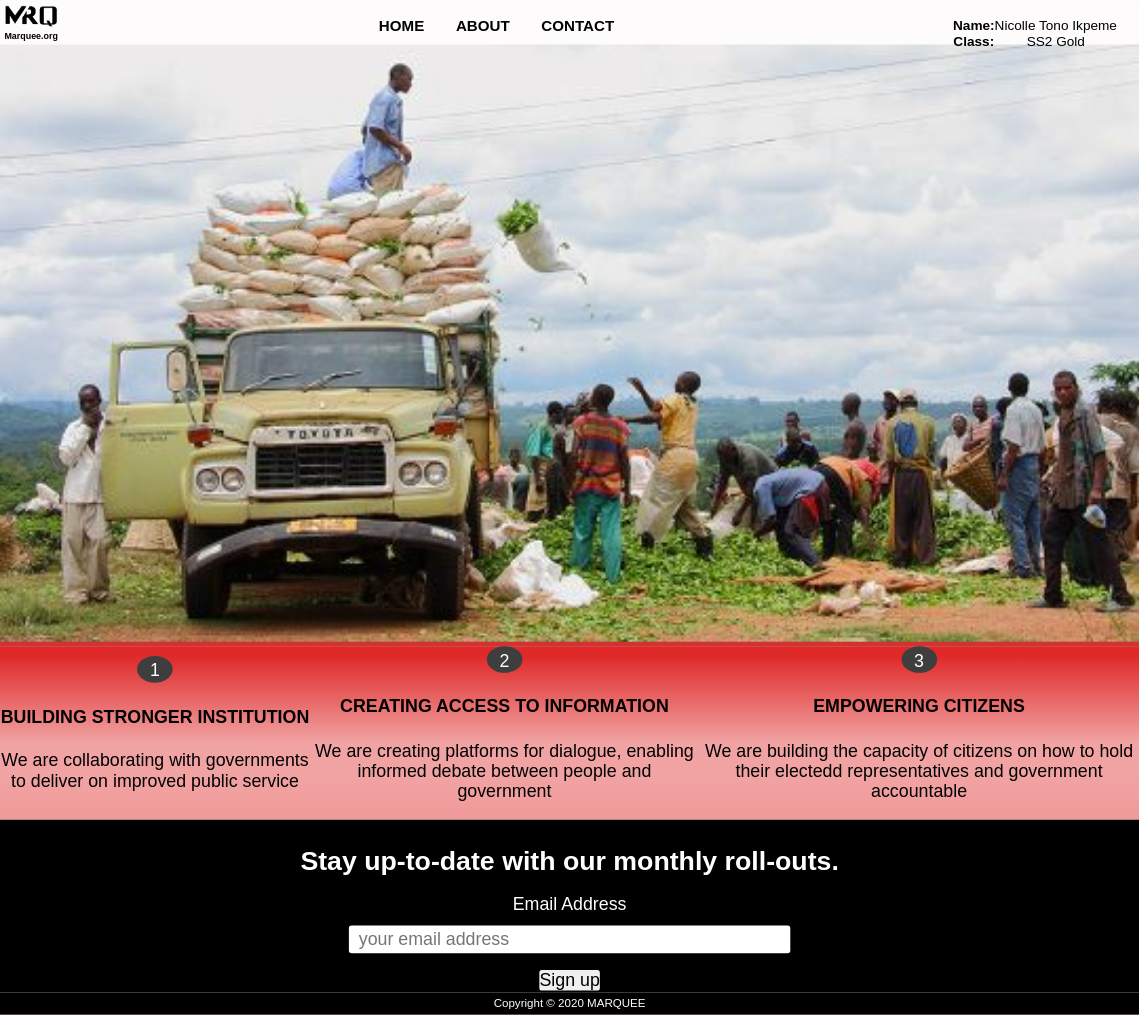
Repository: pboi18/Marquee.org
Page: home.html
These files come from the project's save history. The page is drawn as it stood at one moment and after the next save; the edit follows.
The browser window is 1280 px wide. The pictures show the whole page, at 89% of full size.

Above is the page before, as saved 2020-07-11 23:23:03.

### home.html
<!DOCTYPE html>
<html>
    <head>
        <meta charset="utf-8">
        <link rel="icon" type="image/png" sizes="16x16" href="img/logo.png">
        <title>Marquee</title>

        <link rel="stylesheet" href="style.css" >
        <link rel="stylesheet" href="normalize.css">
        <link rel="stylesheet" href="Grid.css">


    </head>

    <body>
        <div class="main">
            <header>
                <nav>
                    <div class="navbar">
                        <div class="logo">
                            <img src="img/logo2.jpg" alt="MARQUEE" style="width: 60px; height: 25px;">
                            <p style="font-weight:bold; font-size: x-small; margin: 0px;">Marquee.org</p>
                        </div>



                        <ul class="main-nav">
                            <li>
                                <a href="home.html">
                                    Home
                                </a>
                            </li>

                            <li>
                                <a href="about.html">
                                    ABOUT
                                </a>
                            </li>

                            <li>
                                <a href="contact.html">
                                    CONTACT
                                </a>
                            </li>

                            <li style="float: right;">
                                <table class="id">
                                    <tr>
                                        <th>Name:</th>
                                        <td> Nicolle Tono Ikpeme</td>
                                    </tr>

                                    <tr>
                                        <th>Class:</th>
                                        <td> SS2 Gold</td>
                                    </tr>

                                </table>
                            </li>

                        </ul>

                        </div>
                </nav>

                <div style="background-color: rgb(206, 52, 52)">
                    <img src="img/home.jpg" alt="Farmers" style="width: 100%; margin: 0px; height: 100%;">
                </div>

                <table class="wup">
                    <tr>
                        <td style="width: auto;" class="span-1-of-3">
                            <div class="cover">
                                <p class="numb">1</p>
                                <h4 style="text-align: center;  ;">BUILDING STRONGER INSTITUTION</h4>
                                <p style="text-align: center; font-size: 20px; ">We are collaborating with governments to deliver on improved public service</p>
                            </div>
                        </td>

                        <td style="width: auto;" class="span-1-of-3">
                            <div class="cover">
                                <p class="numb">2</p>
                                <h4 style="text-align: center;">CREATING ACCESS TO INFORMATION</h4>
                                <p style="text-align: center; font-size: 20px;">We are creating platforms for dialogue, enabling informed debate between people and government</p>
                            </div>
                        </td>

                        <td style="width: auto;" class="span-1-of-3">
                            <div class="cover">
                                <p class="numb">3</p>
                                <h4 style="text-align: center;">EMPOWERING CITIZENS</h4>
                                <p style="text-align: center; font-size: 20px;">We are building the capacity of citizens on how to hold their electedd representatives and government accountable</p>
                            </div>
                        </td>
                    </tr>
                </table>
            </header>

            <section>
                <div class="sec">
                    <h2 style="color: white; padding-top: 30px; padding-bottom: 10px; margin: 0;">Stay up-to-date with our monthly roll-outs.</h2>

                    <form style="text-align: center;">
                    <label style="color: white;">Email Address</label>
                    <input type="email" name="email" placeholder="  your email address" style=" width: 500px; margin: auto; margin-bottom: 15px;" required>
                    <button type="submit" value="SIGN UP" name="sign up">Sign up</button>
                    </form>
                </div>
            </section>
        </div>

        <footer>
            <P style="color: white; text-align: center; margin: auto; font-size: small; padding: 5px;">
                Copyright &copy; 2020 MARQUEE
            </P>
        </footer>
    </body>
</html>

### style.css
* {
    margin: o;
    padding: 0;
    box-sizing: border-box;
}

html {
    background-color: #fff;
    max-width: 100%;
    font-size: 20px;
    font-weight: 300;
    font-family: Arial, Helvetica, sans-serif;
    text-rendering: optimizeLegibility;
}



h1 {
    margin: 0;
}

label {
    display: block;
    padding: 10px;
}

input {
    display: block;
    width: 100%;
    height: 35px;
    border-radius: 5px;
    border: 2px #000 solid;
}

button {
    border-radius: 5px;
    border: 2px #000 solid;
}

textarea {
    display: block;
    height: 100px;
    width: 100%;
    border: 2px #000 solid;
    border-radius: 5px;
}
/* header {
    background-image: linear-gradient( rgba(0, 0, 0, 0.4), rgba(0, 0, 0, 0.4)), url(img/home.jpg);
    height: 100vh;
    background-size: cover;
    background-position: center;
} */


.logo {
    height: 40px;
    width: 60px;
    float: left;
    margin: 5px;
}

.main-nav {
    list-style: none;
    margin: auto;
    margin-top: 10px;
    text-align: center;


}

.main-nav li {
    display: inline-block;
    margin: 10px 15px;
    font-size: 85%;

}

.main-nav li a:link,
.main-nav li a:visited {
    color: #000;
    text-decoration: none;
    text-transform: uppercase;
    font-weight: bold;
    padding: 3px 0px;
    border-bottom: 3px solid transparent;
    transition: border-bottom 0.2s;
}

.main-nav li a:hover,
.main-nav li a:active {
    border-bottom: 3px solid rgb(158, 0, 0);
}
.id {
    display: inline;
    padding: 10px;
    font-size: 90%;
}

.navbar {
    height: 50px;
    width: 100%;
    display: inline-block;
    border-radius: 2px;
    box-shadow: 0px 3px -1px 2px rgb(190, 189, 189);
    position: fixed;
    background-color: rgb(253, 251, 251);
}

.navbar2 {
    height: 60px;
    width: 100%;
    display: inline-block;
    border-radius: 2px;
    box-shadow: 1px 1px 3px 2px rgb(20, 20, 20);
    /* position: fixed; */
    background-color: rgb(253, 251, 251);
}

.numb {
    border: solid 5px rgb(63, 62, 62);
    text-align: center;
    width: 40px;
    height: 30px;
    align-self: center;
    border-radius: 50%;
    margin: auto;
    background-color: rgb(63, 62, 62);
    color: white;
}
.wup {
    padding-top: 10px;

    background: linear-gradient(180deg, #DF2828 5.21%, rgba(223, 40, 40, 0.427083) 55.73%, rgba(223, 40, 40, 0.427083) 64.06%, rgba(223, 40, 40, 0.427083) 73.44%, rgba(222, 17, 17, 0.427083) 100%, rgba(170, 77, 77, 0) 100%);
}

.cover {
    border-radius: 5px;
    margin: auto;
}

.sec {
    background-color: black;
    width: 100%;
    text-align: center;
    margin-bottom: 20px #000;
}



main {
    margin: auto;
    margin-bottom: 30px;
}

.con {
    width: 90%;
    margin: auto;
    margin-bottom: 50px;
}
.contact {
    text-align: center;
    margin: auto;
    margin-bottom: 50px;
}
.image {
    width: 550px;
    height: 500px;
    float: left;
}

.form2 {
    float: right;
    text-align: left;
    font-size: 85%;
    font-weight: bold;
}

footer {
    background-color: #000;
}

### Grid.css

/*  SECTIONS  ============================================================================= */

.section {
	clear: both;
	padding: 0px;
	margin: 0px;
}

/*  GROUPING  ============================================================================= */

.row {
    zoom: 1; /* For IE 6/7 (trigger hasLayout) */
}

.row:before,
.row:after {
    content:"";
    display:table;
}
.row:after {
    clear:both;
}

/*  GRID COLUMN SETUP   ==================================================================== */

.col {
	display: block;
	float:left;
	margin: 1% 0 1% 1.6%;
}

.col:first-child { margin-left: 0; } /* all browsers except IE6 and lower */


/*  REMOVE MARGINS AS ALL GO FULL WIDTH AT 480 PIXELS */

@media only screen and (max-width: 480px) {
	.col {
		/*margin: 1% 0 1% 0%;*/
        margin: 0;
	}
}


/*  GRID OF TWO   ============================================================================= */


.span-2-of-2 {
	width: 100%;
}

.span-1-of-2 {
	width: 49.2%;
}

/*  GO FULL WIDTH AT LESS THAN 480 PIXELS */

@media only screen and (max-width: 480px) {
	.span-2-of-2 {
		width: 100%;
	}
	.span-1-of-2 {
		width: 100%;
	}
}


/*  GRID OF THREE   ============================================================================= */


.span-3-of-3 {
	width: 100%;
}

.span-2-of-3 {
	width: 66.13%;
}

.span-1-of-3 {
	width: 32.26%;
}


/*  GO FULL WIDTH AT LESS THAN 480 PIXELS */

@media only screen and (max-width: 480px) {
	.span-3-of-3 {
		width: 100%;
	}
	.span-2-of-3 {
		width: 100%;
	}
	.span-1-of-3 {
		width: 100%;
	}
}

/*  GRID OF FOUR   ============================================================================= */


.span-4-of-4 {
	width: 100%;
}

.span-3-of-4 {
	width: 74.6%;
}

.span-2-of-4 {
	width: 49.2%;
}

.span-1-of-4 {
	width: 23.8%;
}


/*  GO FULL WIDTH AT LESS THAN 480 PIXELS */

@media only screen and (max-width: 480px) {
	.span-4-of-4 {
		width: 100%;
	}
	.span-3-of-4 {
		width: 100%;
	}
	.span-2-of-4 {
		width: 100%;
	}
	.span-1-of-4 {
		width: 100%;
	}
}


/*  GRID OF FIVE   ============================================================================= */


.span-5-of-5 {
	width: 100%;
}

.span-4-of-5 {
  	width: 79.68%;
}

.span-3-of-5 {
  	width: 59.36%;
}

.span-2-of-5 {
  	width: 39.04%;
}

.span-1-of-5 {
  	width: 18.72%;
}


/*  GO FULL WIDTH AT LESS THAN 480 PIXELS */

@media only screen and (max-width: 480px) {
	.span-5-of-5 {
		width: 100%;
	}
	.span-4-of-5 {
		width: 100%;
	}
	.span-3-of-5 {
		width: 100%;
	}
	.span-2-of-5 {
		width: 100%;
	}
	.span-1-of-5 {
		width: 100%;
	}
}


/*  GRID OF SIX   ============================================================================= */


.span-6-of-6 {
	width: 100%;
}

.span-5-of-6 {
  	width: 83.06%;
}

.span-4-of-6 {
  	width: 66.13%;
}

.span-3-of-6 {
  	width: 49.2%;
}

.span-2-of-6 {
  	width: 32.26%;
}

.span-1-of-6 {
  	width: 15.33%;
}


/*  GO FULL WIDTH AT LESS THAN 480 PIXELS */

@media only screen and (max-width: 480px) {
	.span-6-of-6 {
		width: 100%;
	}
	.span-5-of-6 {
		width: 100%;
	}
	.span-4-of-6 {
		width: 100%;
	}
	.span-3-of-6 {
		width: 100%;
	}
	.span-2-of-6 {
		width: 100%;
	}
	.span-1-of-6 {
		width: 100%;
	}
}



/*  GRID OF SEVEN   ============================================================================= */


.span-7-of-7 {
	width: 100%;
}

.span-6-of-7 {
	width: 85.48%;
}

.span-5-of-7 {
  	width: 70.97%;
}

.span-4-of-7 {
  	width: 56.45%;
}

.span-3-of-7 {
  	width: 41.94%;
}

.span-2-of-7 {
  	width: 27.42%;
}

.span-1-of-7 {
  	width: 12.91%;
}


/*  GO FULL WIDTH AT LESS THAN 480 PIXELS */

@media only screen and (max-width: 480px) {
	.span-7-of-7 {
		width: 100%;
	}
	.span-6-of-7 {
		width: 100%;
	}
	.span-5-of-7 {
		width: 100%;
	}
	.span-4-of-7 {
		width: 100%;
	}
	.span-3-of-7 {
		width: 100%;
	}
	.span-2-of-7 {
		width: 100%;
	}
	.span-1-of-7 {
		width: 100%;
	}
}


/*  GRID OF EIGHT   ============================================================================= */


.span-8-of-8 {
	width: 100%;
}

.span-7-of-8 {
	width: 87.3%;
}

.span-6-of-8 {
	width: 74.6%;
}

.span-5-of-8 {
	width: 61.9%;
}

.span-4-of-8 {
	width: 49.2%;
}

.span-3-of-8 {
	width: 36.5%;
}

.span-2-of-8 {
	width: 23.8%;
}

.span-1-of-8 {
	width: 11.1%;
}


/*  GO FULL WIDTH AT LESS THAN 480 PIXELS */

@media only screen and (max-width: 480px) {
	.span-8-of-8 {
		width: 100%;
	}
	.span-7-of-8 {
		width: 100%;
	}
	.span-6-of-8 {
		width: 100%;
	}
	.span-5-of-8 {
		width: 100%;
	}
	.span-4-of-8 {
		width: 100%;
	}
	.span-3-of-8 {
		width: 100%;
	}
	.span-2-of-8 {
		width: 100%;
	}
	.span-1-of-8 {
		width: 100%;
	}
}


/*  GRID OF NINE   ============================================================================= */


.span-9-of-9 {
	width: 100%;
}

.span-8-of-9 {
	width: 88.71%;
}

.span-7-of-9 {
	width: 77.42%;
}

.span-6-of-9 {
	width: 66.13%;
}

.span-5-of-9 {
	width: 54.84%;
}

.span-4-of-9 {
	width: 43.55%;
}

.span-3-of-9 {
	width: 32.26%;
}

.span-2-of-9 {
	width: 20.97%;
}

.span-1-of-9 {
	width: 9.68%;
}


/*  GO FULL WIDTH AT LESS THAN 480 PIXELS */

@media only screen and (max-width: 480px) {
	.span-9-of-9 {
		width: 100%;
	}
	.span-8-of-9 {
		width: 100%;
	}
	.span-7-of-9 {
		width: 100%;
	}
	.span-6-of-9 {
		width: 100%;
	}
	.span-5-of-9 {
		width: 100%;
	}
	.span-4-of-9 {
		width: 100%;
	}
	.span-3-of-9 {
		width: 100%;
	}
	.span-2-of-9 {
		width: 100%;
	}
	.span-1-of-9 {
		width: 100%;
	}
}


/*  GRID OF TEN   ============================================================================= */


.span-10-of-10 {
	width: 100%;
}

.span-9-of-10 {
	width: 89.84%;
}

.span-8-of-10 {
	width: 79.68%;
}

.span-7-of-10 {
	width: 69.52%;
}

.span-6-of-10 {
	width: 59.36%;
}

.span-5-of-10 {
	width: 49.2%;
}

.span-4-of-10 {
	width: 39.04%;
}

.span-3-of-10 {
	width: 28.88%;
}

.span-2-of-10 {
	width: 18.72%;
}

.span-1-of-10 {
	width: 8.56%;
}


/*  GO FULL WIDTH AT LESS THAN 480 PIXELS */

@media only screen and (max-width: 480px) {
	.span-10-of-10 {
		width: 100%;
	}
	.span-9-of-10 {
		width: 100%;
	}
	.span-8-of-10 {
		width: 100%;
	}
	.span-7-of-10 {
		width: 100%;
	}
	.span-6-of-10 {
		width: 100%;
	}
	.span-5-of-10 {
		width: 100%;
	}
	.span-4-of-10 {
		width: 100%;
	}
	.span-3-of-10 {
		width: 100%;
	}
	.span-2-of-10 {
		width: 100%;
	}
	.span-1-of-10 {
		width: 100%;
	}
}


/*  GRID OF ELEVEN   ============================================================================= */

.span-11-of-11 {
	width: 100%;
}

.span-10-of-11 {
	width: 90.76%;
}

.span-9-of-11 {
	width: 81.52%;
}

.span-8-of-11 {
	width: 72.29%;
}

.span-7-of-11 {
	width: 63.05%;
}

.span-6-of-11 {
	width: 53.81%;
}

.span-5-of-11 {
	width: 44.58%;
}

.span-4-of-11 {
	width: 35.34%;
}

.span-3-of-11 {
	width: 26.1%;
}

.span-2-of-11 {
	width: 16.87%;
}

.span-1-of-11 {
	width: 7.63%;
}


/*  GO FULL WIDTH AT LESS THAN 480 PIXELS */

@media only screen and (max-width: 480px) {
	.span-11-of-11 {
		width: 100%;
	}
	.span-10-of-11 {
		width: 100%;
	}
	.span-9-of-11 {
		width: 100%;
	}
	.span-8-of-11 {
		width: 100%;
	}
	.span-7-of-11 {
		width: 100%;
	}
	.span-6-of-11 {
		width: 100%;
	}
	.span-5-of-11 {
		width: 100%;
	}
	.span-4-of-11 {
		width: 100%;
	}
	.span-3-of-11 {
		width: 100%;
	}
	.span-2-of-11 {
		width: 100%;
	}
	.span-1-of-11 {
		width: 100%;
	}
}


/*  GRID OF TWELVE   ============================================================================= */

.span-12-of-12 {
	width: 100%;
}

.span-11-of-12 {
	width: 91.53%;
}

.span-10-of-12 {
	width: 83.06%;
}

.span-9-of-12 {
	width: 74.6%;
}

.span-8-of-12 {
	width: 66.13%;
}

.span-7-of-12 {
	width: 57.66%;
}

.span-6-of-12 {
	width: 49.2%;
}

.span-5-of-12 {
	width: 40.73%;
}

.span-4-of-12 {
	width: 32.26%;
}

.span-3-of-12 {
	width: 23.8%;
}

.span-2-of-12 {
	width: 15.33%;
}

.span-1-of-12 {
	width: 6.86%;
}


/*  GO FULL WIDTH AT LESS THAN 480 PIXELS */

@media only screen and (max-width: 480px) {
	.span-12-of-12 {
		width: 100%;
	}
	.span-11-of-12 {
		width: 100%;
	}
	.span-10-of-12 {
		width: 100%;
	}
	.span-9-of-12 {
		width: 100%;
	}
	.span-8-of-12 {
		width: 100%;
	}
	.span-7-of-12 {
		width: 100%;
	}
	.span-6-of-12 {
		width: 100%;
	}
	.span-5-of-12 {
		width: 100%;
	}
	.span-4-of-12 {
		width: 100%;
	}
	.span-3-of-12 {
		width: 100%;
	}
	.span-2-of-12 {
		width: 100%;
	}
	.span-1-of-12 {
		width: 100%;
	}
}

Loaded but not shown: normalize.css (library)

After the next save:
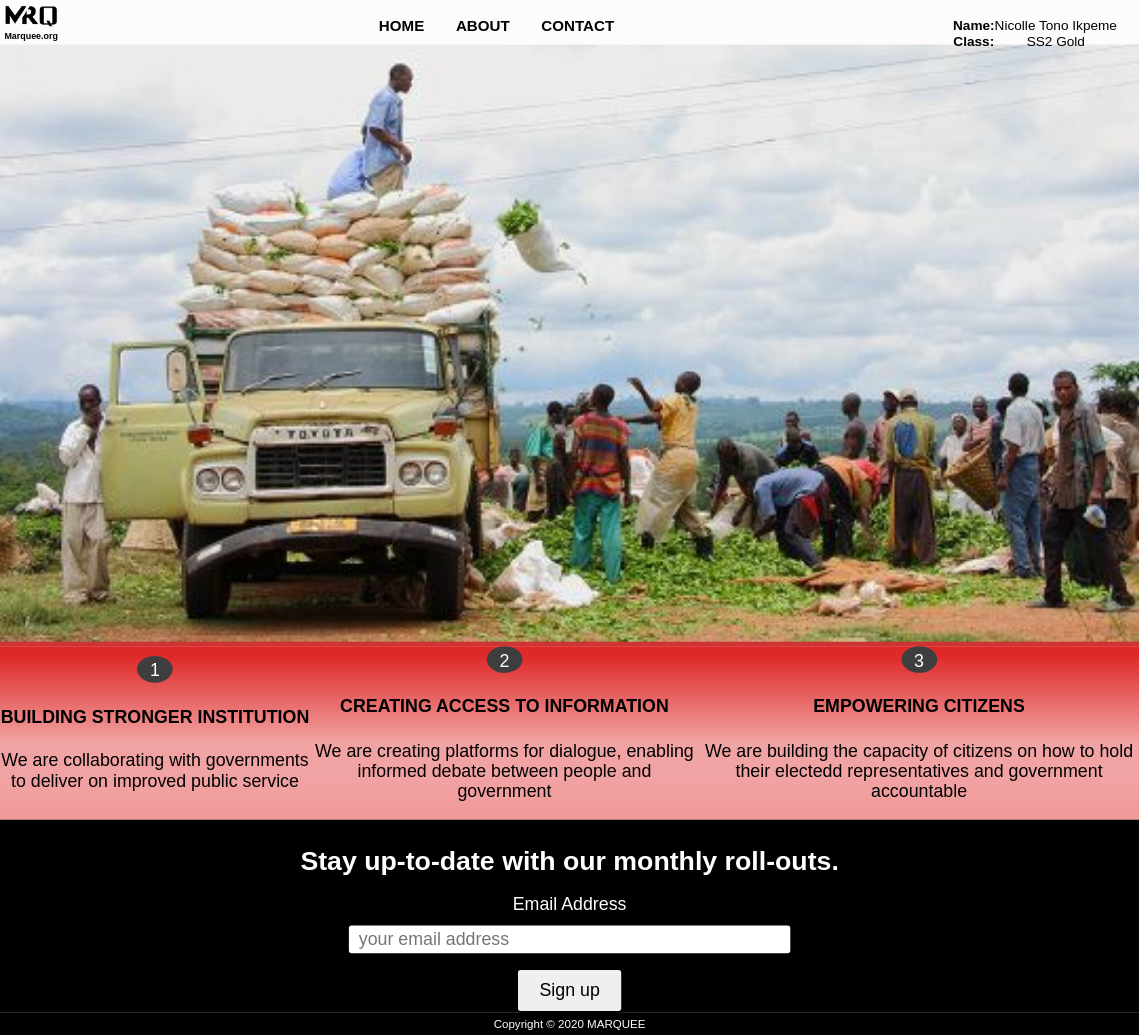
Saved 22 s later.
--- a/home.html
+++ b/home.html
@@ -103,7 +103,7 @@
                     <form style="text-align: center;">
                     <label style="color: white;">Email Address</label>
                     <input type="email" name="email" placeholder="  your email address" style=" width: 500px; margin: auto; margin-bottom: 15px;" required>
-                    <button type="submit" value="SIGN UP" name="sign up">Sign up</button>
+                    <button type="submit" value="SIGN UP" name="sign up" style="width: 120px; height: 50px;">Sign up</button>
                     </form>
                 </div>
             </section>
